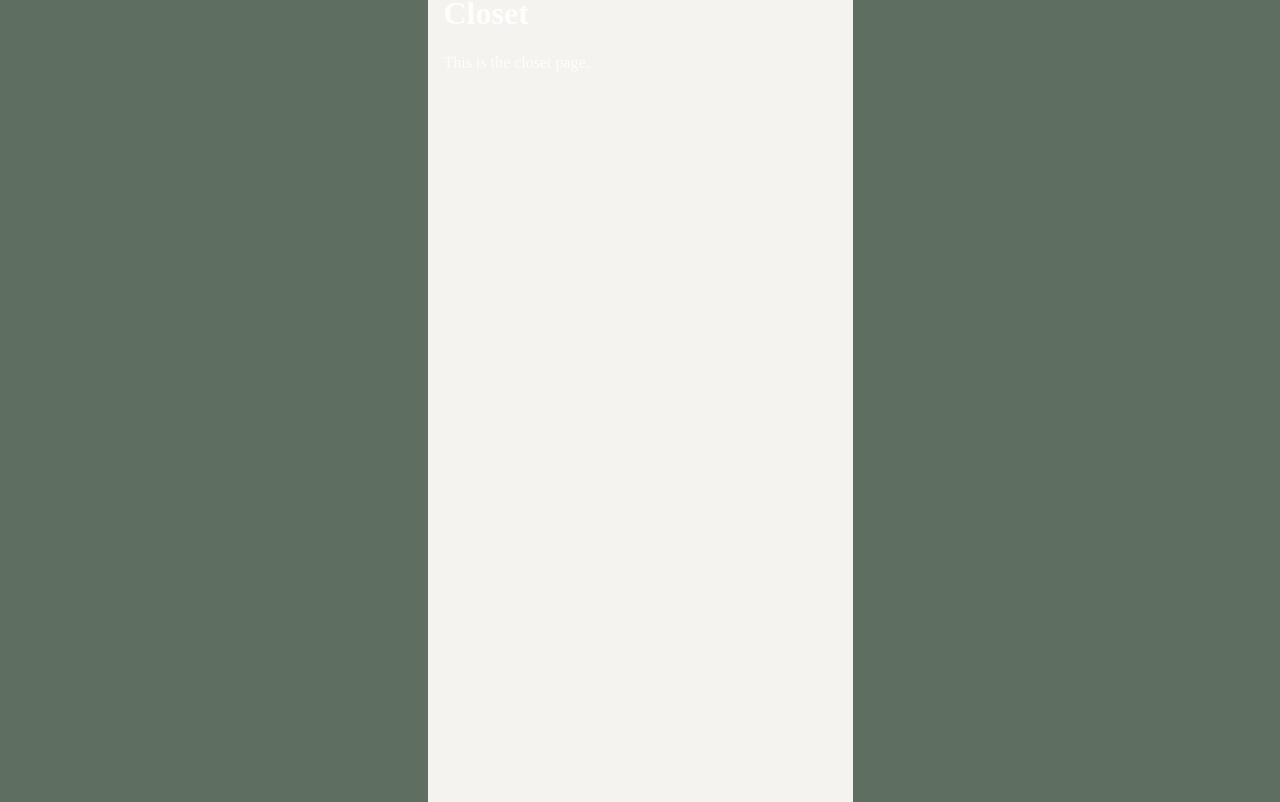
Repository: Strawb3rryjam/app-slotion
Page: /closet
The author's editor kept a copy of each file at every save. The page is drawn from the files as they stood at one save, then again after the next save.
The browser window is 1280 px wide. The pictures show the whole page.
The project was rebuilt for these pictures with package versions that can differ from the ones it lists, and the page was loaded fresh each time. Also part of the build but not shown: vite.config.js, src/App.css. Imported but missing from the stored project, and not drawn on this page: src/pages/Home.

Above is the page before, as saved 2025-05-05 09:07:42.

### src/main.jsx
import { StrictMode } from 'react'
import { createRoot } from 'react-dom/client'
import './index.css'

import { BrowserRouter } from 'react-router-dom'
import App from './App.jsx'

createRoot(document.getElementById('root')).render(
  <StrictMode>
    <BrowserRouter>
      <App />
    </BrowserRouter>
  </StrictMode>
)

### src/index.css
:root {
  color: rgba(255, 255, 255, 0.87);
}

body{
  width: 393px;
  min-height: 852px;
  padding: 16px;
  margin: 0 auto;
  background-color: #F5F3EF;
}


html {
  height: 100%;
  display: flex;
  align-items: center;       /* vertical center */
  justify-content: center;   /* horizontal center */
  background-color: #5E6F62; /* this is the background around your app */
}

### src/App.jsx
import './App.css'
import Home from './pages/Home'
import Closet from './pages/Closet'
import {Routes, Route} from 'react-router-dom'
import NavBar from './components/NavBar'


function App() {
  return (
    <div>
      <NavBar />
      <main className = "main-content">
        <Routes>
          <Route path = "/" element = {<Home />} />
          <Route path = "/closet" element = {<Closet />} />
        </Routes>
      </main>
    </div>

  )
}

export default App

### src/pages/Closet.jsx

function Closet() {
  return (
    <div>
      <h1>Closet</h1>
      <p>This is the closet page.</p>
    </div>
  );
}

export default Closet;

### src/components/NavBar.jsx
import { Link } from "react-router-dom";
import styles from "../css/NavBar.module.css";  // Use this to import styles

/*images*/
import homeIcon from "../assets/Home.svg";
import searchIcon from "../assets/search.svg";
import closetIcon from "../assets/Hanger.svg";
import tipsIcon from "../assets/leaf.svg";
import profileIcon from "../assets/Profile.svg";

function NavBar() {
    return (
        <nav className={styles.navbar}> {/* Use styles.navbar for CSS modules */}
            <div className={styles["navbar-links"]}> {/* Use styles for other classes */}
                <Link to="/" className={styles.Home}>
                    <img src={homeIcon} alt="Home" className={styles["nav-icon"]} />
                </Link>
                <Link to="/Search" className={styles.Search}>
                    <img src={searchIcon} alt="Search" className={styles["nav-icon"]} />
                </Link>
                <Link to="/Closet" className={styles.Closet}>
                    <img src={closetIcon} alt="Closet" className={styles["nav-icon"]} />
                </Link>
                <Link to="/Tips" className={styles.Tips}>
                    <img src={tipsIcon} alt="Tips" className={styles["nav-icon"]} />
                </Link>
                <Link to="/Profile" className={styles.Profile}>
                    <img src={profileIcon} alt="Profile" className={styles["nav-icon"]} />
                </Link>
            </div>
        </nav>
    );
}

export default NavBar;

### src/css/NavBar.module.css
.navbar {
    background-color: black !;
}

.navbar-links {
    background-color: black;

}

.nav-icon {
    /* your styles */
}

Loaded but not shown: index.html (common file)

After the next save:
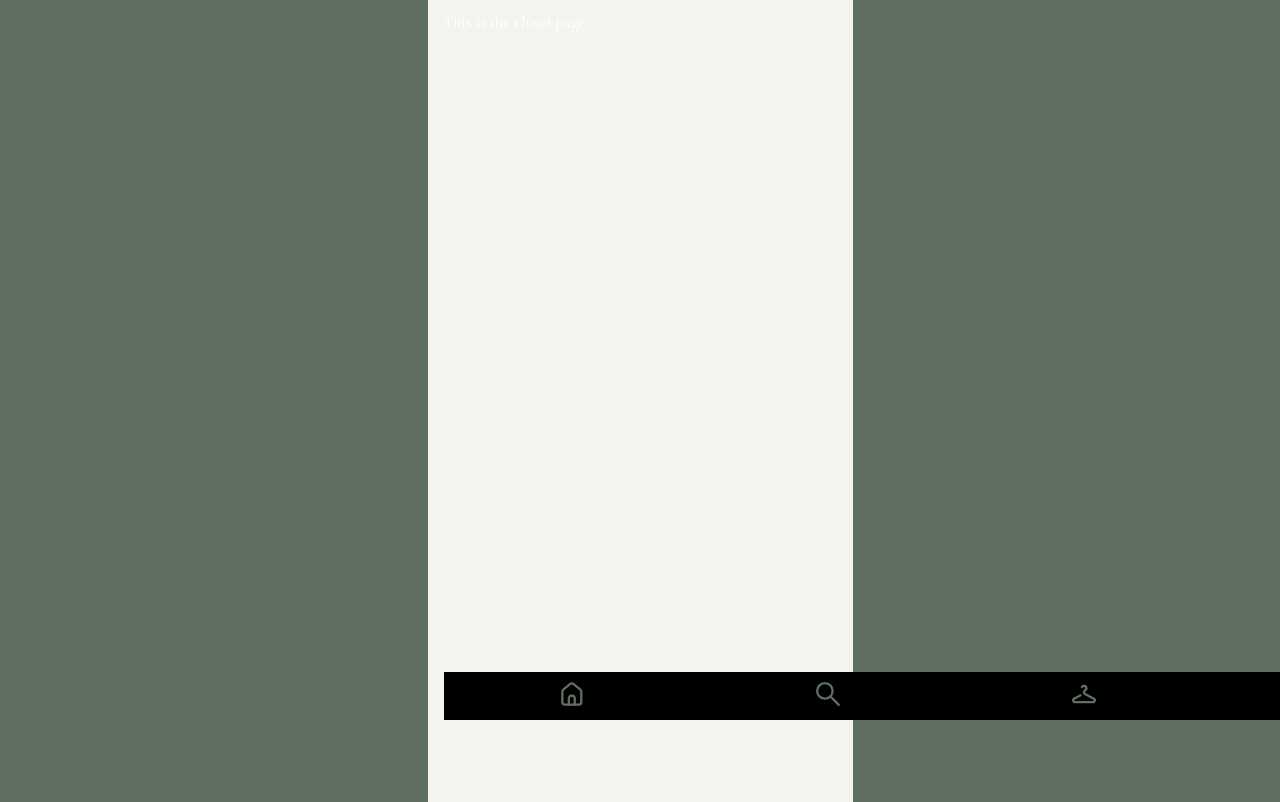
Saved 12 s later.
--- a/src/css/NavBar.module.css
+++ b/src/css/NavBar.module.css
@@ -1,12 +1,22 @@
 .navbar {
-    background-color: black !;
+    background-color: black !important;
+    position: fixed;  /* Fix the navbar to the bottom of the screen */
+    bottom: 0;        /* Position it at the bottom */
+    width: 100%;      /* Make it stretch across the full width of the screen */
+    padding: 10px 0;  /* Add some padding for better spacing */
+    z-index: 1000;    /* Ensure the navbar is above other content */
 }
 
 .navbar-links {
-    background-color: black;
-
+    display: flex;
+    justify-content: space-around;  /* Space out the links evenly */
+    align-items: center;  /* Vertically center the items */
+    width: 100%;  /* Ensure the links container takes up full width */
 }
 
 .nav-icon {
-    /* your styles */
+    width: 24px;  /* You can adjust the icon size as needed */
+    height: 24px; /* Adjust to match width */
 }
+
+/* Additional styling for links and icons as necessary */

After the save that followed:
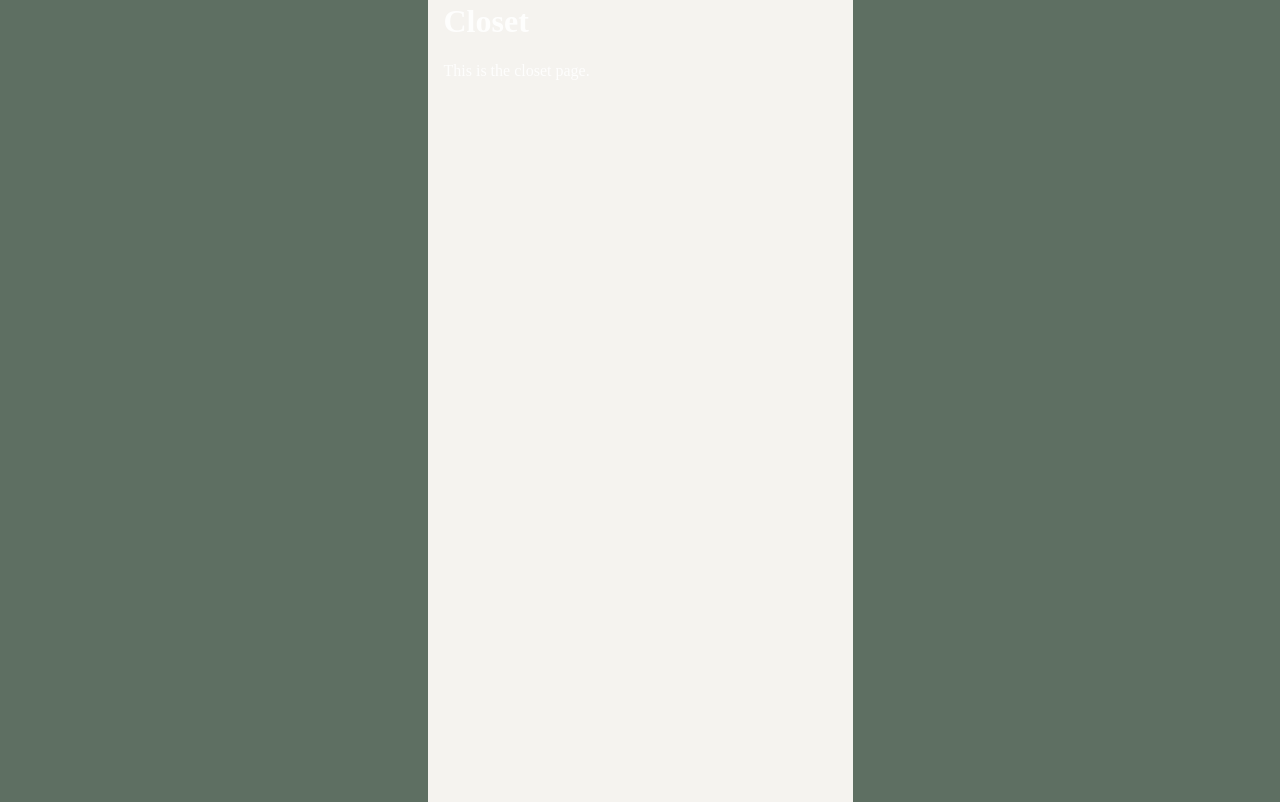
Saved 24 s later.
--- a/src/css/NavBar.module.css
+++ b/src/css/NavBar.module.css
@@ -1,22 +1,28 @@
+/* The main container that wraps the content and the navbar */
+.page-container {
+    display: flex;
+    flex-direction: column; /* Stack items vertically */
+    min-height: 100vh;  /* Ensure the container takes up at least the full height of the viewport */
+}
+
+.content {
+    flex: 1;  /* This makes the content take up all available space */
+}
+
 .navbar {
     background-color: black !important;
-    position: fixed;  /* Fix the navbar to the bottom of the screen */
-    bottom: 0;        /* Position it at the bottom */
-    width: 100%;      /* Make it stretch across the full width of the screen */
-    padding: 10px 0;  /* Add some padding for better spacing */
-    z-index: 1000;    /* Ensure the navbar is above other content */
+    padding: 10px 0;  /* Space above and below the icons */
+    width: 100%;      /* Full width of the screen */
 }
 
 .navbar-links {
     display: flex;
-    justify-content: space-around;  /* Space out the links evenly */
-    align-items: center;  /* Vertically center the items */
+    justify-content: space-around;  /* Evenly space out the icons */
+    align-items: center;  /* Vertically center the icons */
     width: 100%;  /* Ensure the links container takes up full width */
 }
 
 .nav-icon {
-    width: 24px;  /* You can adjust the icon size as needed */
+    width: 24px;  /* Adjust the icon size */
     height: 24px; /* Adjust to match width */
 }
-
-/* Additional styling for links and icons as necessary */
